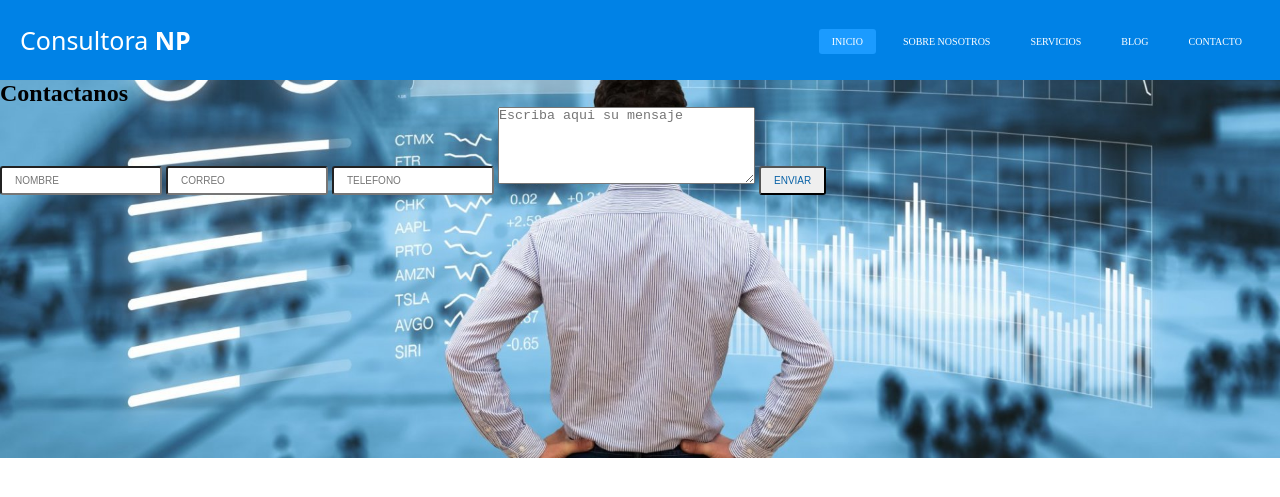
Repository: Batu120/pre-entrega2
Page: HTML/Contacto.html
These files come from the project's save history. The page is drawn as it stood at one moment and after the next save; the edit follows.
The browser window is 1280 px wide. The pictures show the whole page.

Above is the page before, as saved 2022-11-02 15:16:02.

After the next save:
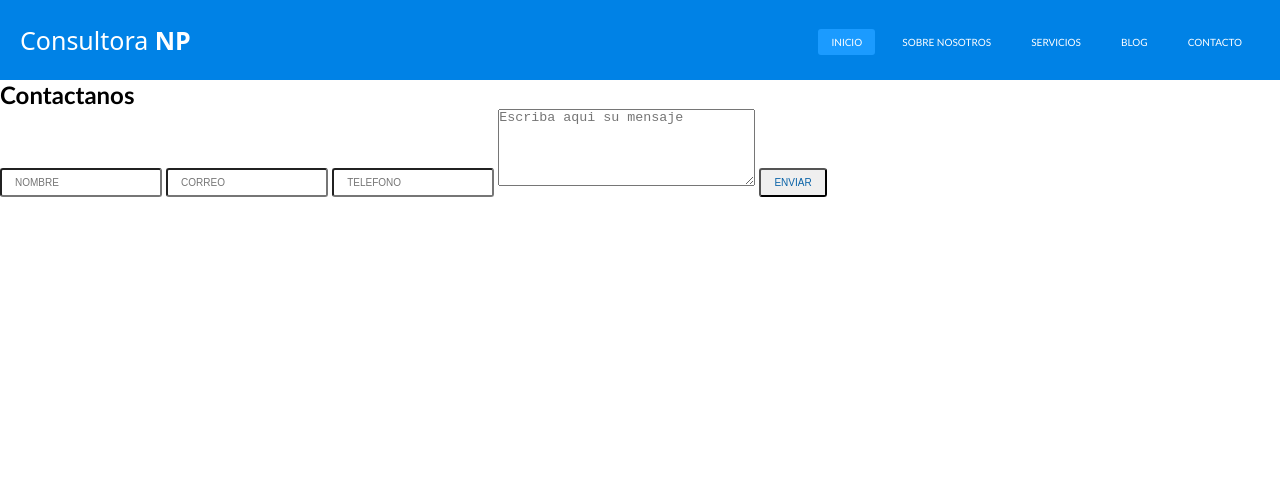
Saved 53 s later.
--- a/CSS/style.css
+++ b/CSS/style.css
@@ -1,15 +1,7 @@
 body {
-    background: url(/IMG/background_body.jpeg);
-    background-repeat: no-repeat;
-    background-size: cover;
-    background-position-x: center;
-    background-position-y: center;
-    background-position: center;
-    height: 50%;
-    w
     font-family:'Gill Sans', 'Gill Sans MT', Calibri, 'Trebuchet MS', sans-serif;
 }
-/* section{
+section{
     background: url(/IMG/background_body.jpeg);
     background-repeat: no-repeat;
     background-size: cover;
@@ -18,7 +10,7 @@ body {
     background-position: center;
     height: auto;
     width: auto;
-} */
+}
 
 /* NAV BAR - LINKS- RESPONSIVE */
 * {
